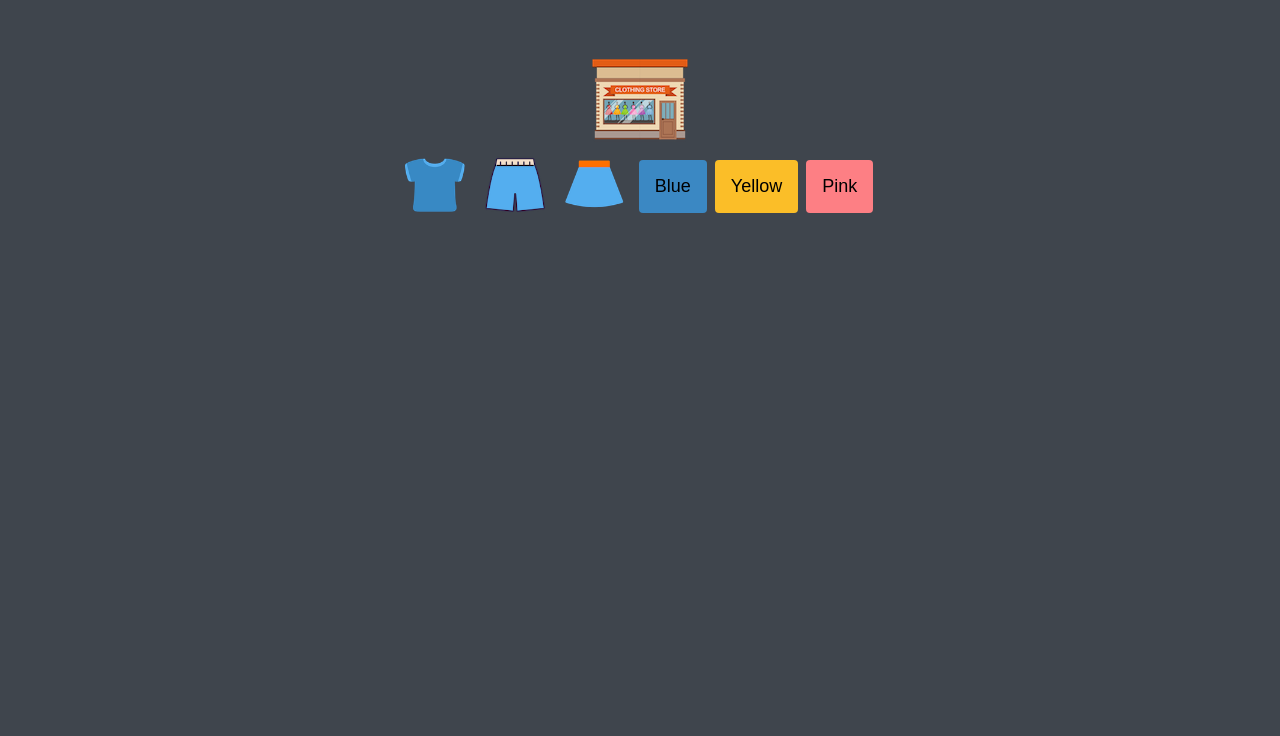
Repository: GoodHoneyCake/Dream_Coding_Academy1
Page: index.html
These files come from the project's save history. The page is drawn as it stood at one moment and after the next save; the edit follows.
The browser window is 1280 px wide. The pictures show the whole page.
An inner scrolling area shows only its first screen.

Above is the page before, as saved 2021-01-06 17:54:50.

### index.html
<!DOCTYPE html>
<html lang="en">
  <head>
    <meta charset="UTF-8" />
    <meta name="viewport" content="width=device-width, initial-scale=1.0" />
    <title>Online Shopping</title>
    <link rel="stylesheet" href="style.css" />
    <script src="src/main.js" defer></script>
  </head>
  <body>
    <!-- Logo -->
    <img src="img/logo.png" alt="Logo" class="logo" />
    <!-- Buttons -->
    <section class="buttons">
      <button class="btn">
        <img src="img/blue_t.png" alt="tshirt" class="imgBtn" />
      </button>
      <button class="btn">
        <img src="img/blue_p.png" alt="pants" class="imgBtn" />
      </button>
      <button class="btn">
        <img src="img/blue_s.png" alt="skirt" class="imgBtn" />
      </button>
      <button class="btn colorBtn blue">Blue</button>
      <button class="btn colorBtn yellow">Yellow</button>
      <button class="btn colorBtn pink">Pink</button>
    </section>
    <!-- Items -->
    <ul class="items"></ul>
  </body>
</html>

### style.css
:root {
  /* color */
  --color-black: #3f454d;
  --color-white: #ffffff;
  --color-blue: #3b88c3;
  --color-yellow: #fbbe28;
  --color-pink: #fd7f84;
  --color-light-grey: #dfdfdf;

  /* size */
  --base-space: 8px;
  --size-button: 60px;
  --size-border: 4px;
  --size-thumbnail: 50px;
  --font-size: 18px;

  /* animation */
  --animation-duration: 300ms;
}

* {
  box-sizing: border-box;
}

body {
  height: 100vh;
  background-color: var(--color-black);
  display: flex;
  flex-direction: column;
  justify-content: center;
  align-items: center;
}

.logo {
  cursor: pointer;
  transition: transform var(--animation-duration) ease;
}

.btn {
  background-color: transparent;
  border: none;
  outline: none;
  cursor: pointer;
  transition: transform var(--animation-duration) ease;
  margin-right: var(--base-space);
}

.logo:hover,
.btn:hover {
  transform: scale(1.1);
}

.buttons {
  display: flex;
  align-items: center;
}

.imgBtn {
  width: var(--size-button);
  height: var(--size-button);
}

.colorBtn {
  font-size: var(--font-size);
  padding: calc(var(--base-space) * 2);
  border-radius: var(--size-border);
}

.blue {
  background-color: var(--color-blue);
}
.yellow {
  background-color: var(--color-yellow);
}
.pink {
  background-color: var(--color-pink);
}

.items {
  width: 60%;
  height: 60%;
  list-style: none;
  padding-left: 0;
  overflow-y: scroll;
}

.item {
  background-color: var(--color-white);
  display: flex;
  align-items: center;
  padding: var(--base-space);
  margin-bottom: var(--base-space);
}

.item__thumbnail {
  width: var(--size-thumbnail);
  height: var(--size-thumbnail);
}

.item__description {
  margin-left: var(--base-space);
  font-size: var(--font-size);
}

### src/main.js
// Fetch the items from the JSON file
function loadItems() {
  return fetch("data/data.json")
    .then((response) => response.json())
    .then((json) => json.items);
}

function displayItems(items) {
  const container = document.querySelector(".items");
  container.innerHTML = items.map((item) => createHTMLString(item).join(""));
}

function createHTMLString(item) {
  return `
    <li class="item">
        <img src="${item.image}" alt="${item.type}" class="item__thumbnail" />
        <span class="item__description">${item.gender}, ${item.size}</span>
      </li>
    `;
}

// main
loadItems()
  .then((items) => {
    console.log(items);
    displayItems(items);
    // setEventListeners(items);
  })
  .catch(console.log);

### data/data.json
{
  "items": [
    {
      "type": "tshirt",
      "gender": "unisex",
      "size": "free",
      "color": "pink",
      "image": "../img/pink_t.png"
    },
    {
      "type": "pants",
      "gender": "unisex",
      "size": "free",
      "color": "pink",
      "image": "../img/pink_p.png"
    },
    {
      "type": "skirt",
      "gender": "unisex",
      "size": "free",
      "color": "pink",
      "image": "../img/pink_s.png"
    },
    {
      "type": "tshirt",
      "gender": "unisex",
      "size": "free",
      "color": "blue",
      "image": "../img/blue_t.png"
    },
    {
      "type": "pants",
      "gender": "unisex",
      "size": "free",
      "color": "blue",
      "image": "../img/blue_p.png"
    },
    {
      "type": "skirt",
      "gender": "unisex",
      "size": "free",
      "color": "blue",
      "image": "../img/blue_s.png"
    },
    {
      "type": "tshirt",
      "gender": "unisex",
      "size": "free",
      "color": "yellow",
      "image": "../img/yellow_t.png"
    },
    {
      "type": "pants",
      "gender": "unisex",
      "size": "free",
      "color": "yellow",
      "image": "../img/yellow_p.png"
    },
    {
      "type": "skirt",
      "gender": "unisex",
      "size": "free",
      "color": "yellow",
      "image": "../img/yellow_s.png"
    }
  ]
}

After the next save:
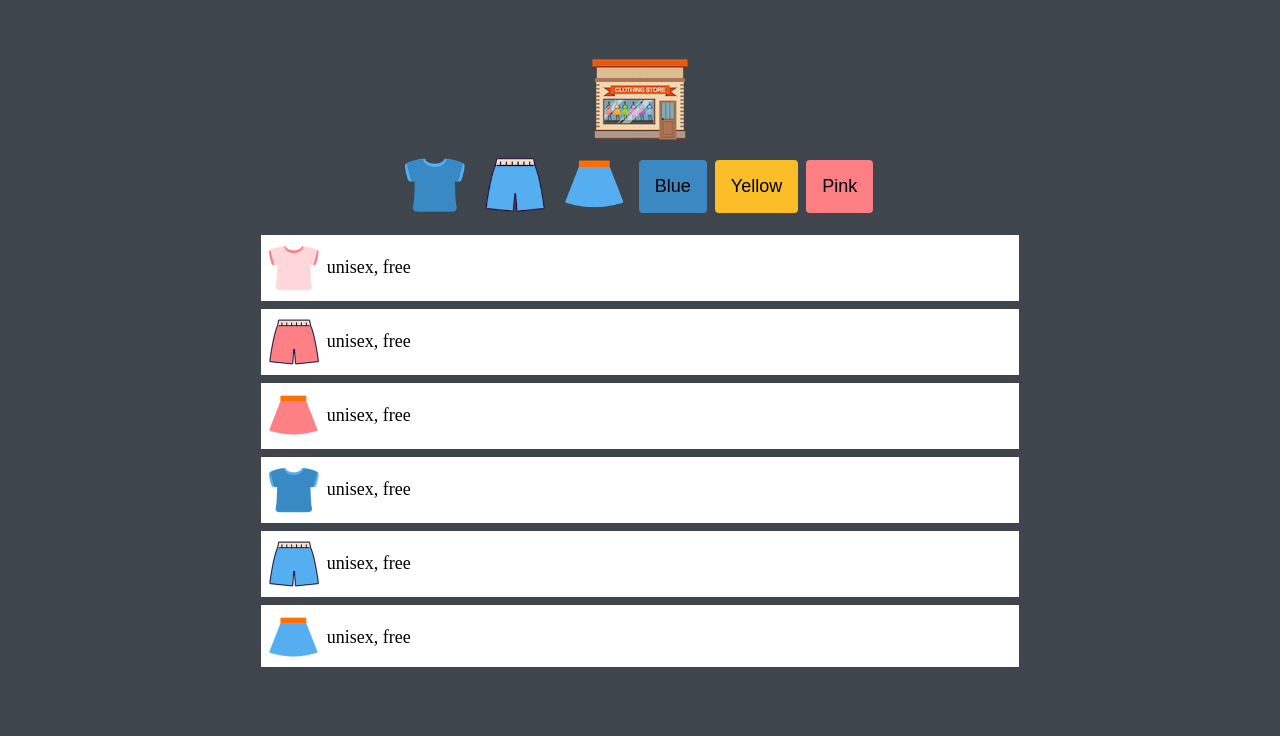
Saved 7 s later.
--- a/src/main.js
+++ b/src/main.js
@@ -7,7 +7,7 @@
 
 function displayItems(items) {
   const container = document.querySelector(".items");
-  container.innerHTML = items.map((item) => createHTMLString(item).join(""));
+  container.innerHTML = items.map((item) => createHTMLString(item)).join("");
 }
 
 function createHTMLString(item) {

After the 5 saves that followed:
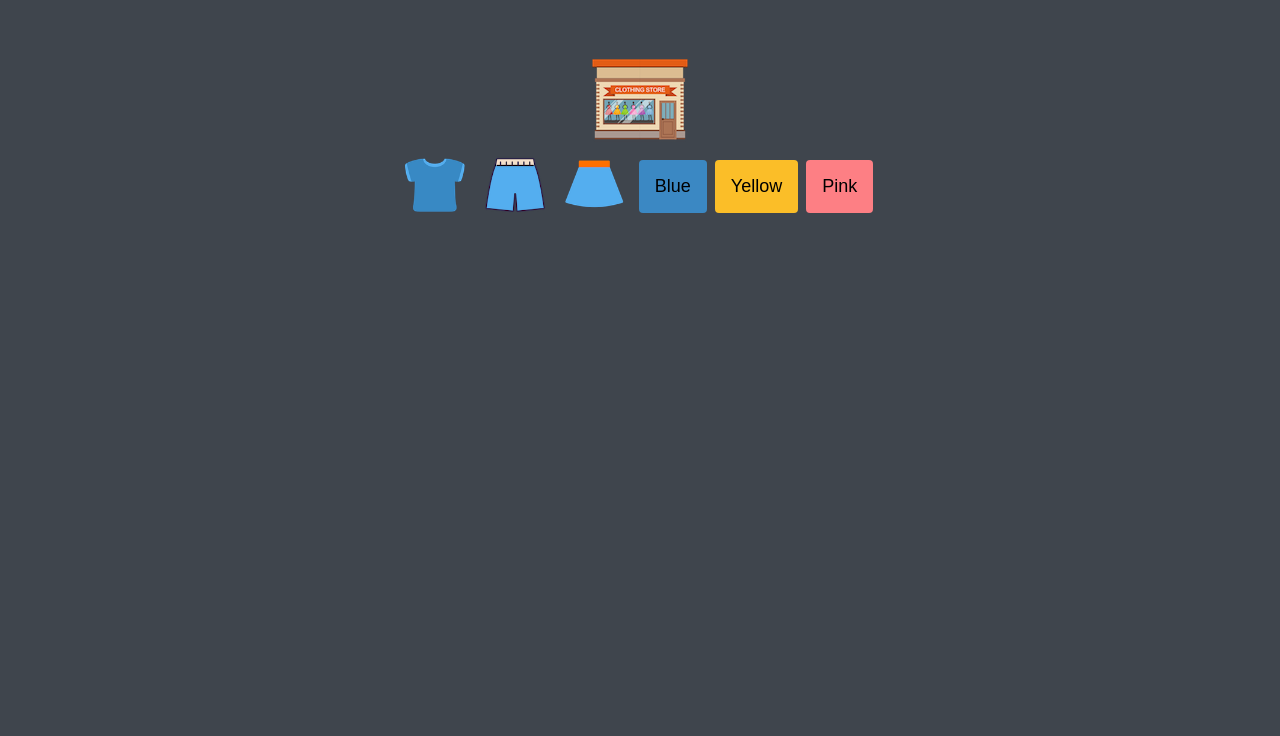
The 5 saves are shown as one change because 3 left the picture as it was and some came seconds apart.
The last was saved 116 s later.
--- a/src/main.js
+++ b/src/main.js
@@ -7,7 +7,10 @@
 
 function displayItems(items) {
   const container = document.querySelector(".items");
-  container.innerHTML = items.map((item) => createHTMLString(item)).join("");
+  container.innerHTML = items
+    .map((item) => createHTMLString(item))
+    .Math.random()
+    .join("");
 }
 
 function createHTMLString(item) {
@@ -22,7 +25,6 @@
 // main
 loadItems()
   .then((items) => {
-    console.log(items);
     displayItems(items);
     // setEventListeners(items);
   })
